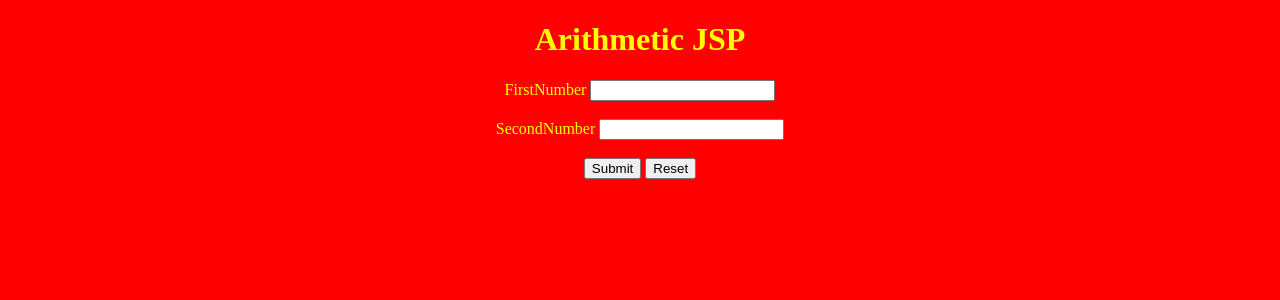
Repository: venugopalakrishnamylavarapu/Naresh-It-Full-Stack-java-Developer
Page: Advanced Java/Coding/JSP/src/main/webapp/arithmetic2.html
The author's editor kept a copy of each file at every save. The page is drawn from the files as they stood at one save, then again after the next save.
The browser window is 1280 px wide. The pictures show the whole page.

Above is the page before, as saved 2023-03-13 14:53:11.

After the next save:
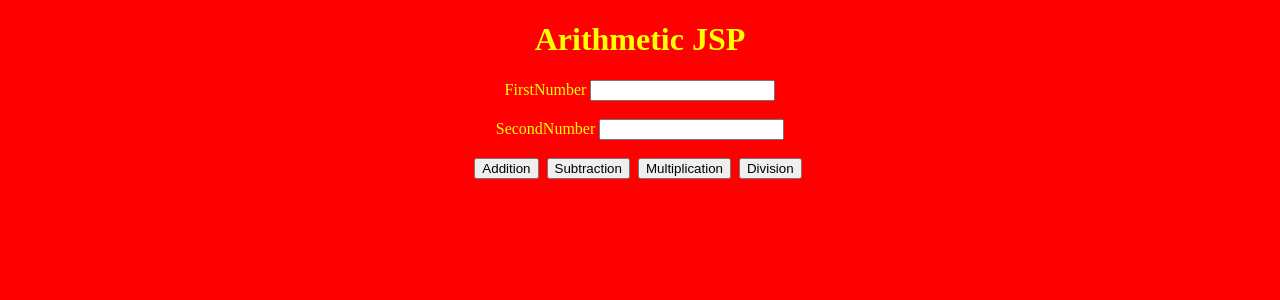
Saved 65 s later.
--- a/Advanced Java/Coding/JSP/src/main/webapp/arithmetic2.html
+++ b/Advanced Java/Coding/JSP/src/main/webapp/arithmetic2.html
@@ -10,7 +10,10 @@
 <form action=arithmetic.jsp>
 FirstNumber <input type=text name="fnumber"><br><br>
 SecondNumber <input type=text name="snumber"><br><br>
-<input type=submit>&nbsp;<input type=reset>
+<input type=submit name=operation value=Addition>&nbsp;
+<input type=submit name=operation value=Subtraction>&nbsp;
+<input type=submit name=operation value=Multiplication>&nbsp;
+<input type=submit name=operation value=Division>&nbsp;
 </form>
 </center>
 </body>
